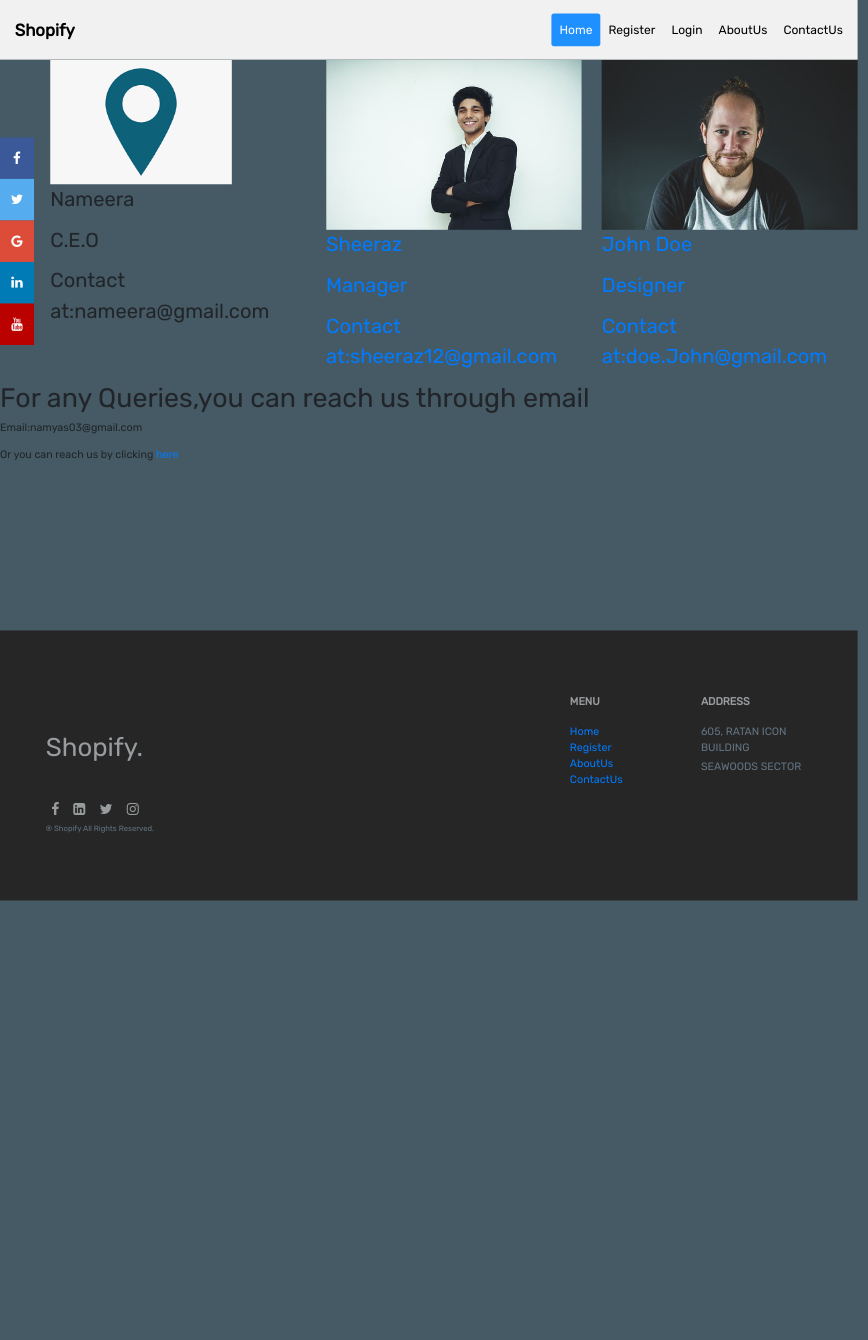
Repository: Yasmeen198/The_Project
Page: http://localhost/Shopify_Frontend/WEB-INF/views/contact.jsp
An editor plug-in stored every save of this project. The page is shown before and after the next save, followed by the edit.
The browser window is 1280 px wide. The page is 1295 px wide, so the pictures cover 1295 px, including what lies to the right of the window. The pictures show the whole page, at 67% of full size.
Some web libraries are served in a nearby version. The page is served by Tomcat 9. Nobody is signed in. The template is opened directly, without the code that normally fills it, so the values that code supplies are empty.

Above is the page before, as saved 2021-05-23 11:52:13.

After the next save:
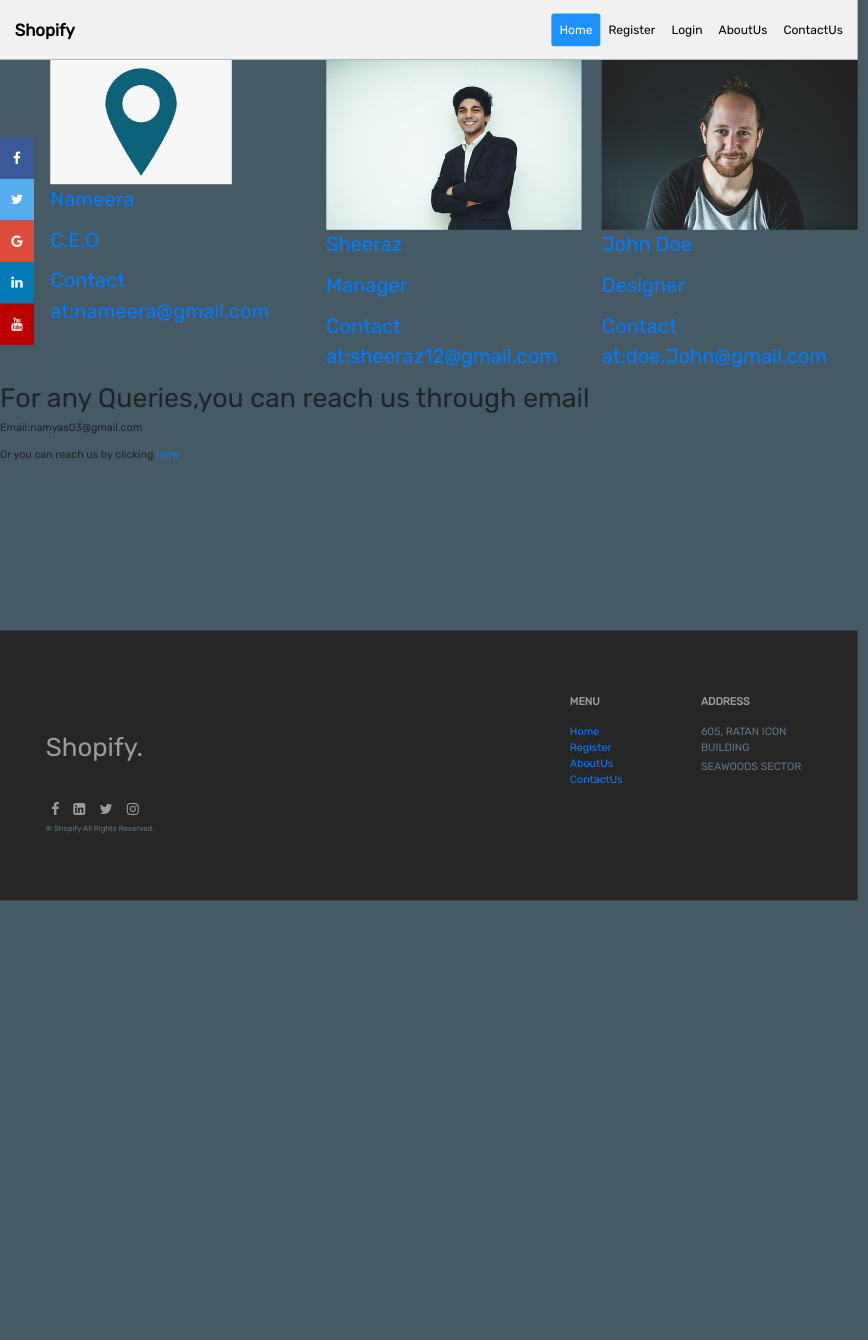
Saved 25 s later.
--- a/Shopify_Frontend/src/main/webapp/WEB-INF/views/contact.jsp
+++ b/Shopify_Frontend/src/main/webapp/WEB-INF/views/contact.jsp
@@ -71,8 +71,7 @@
   <div class="row">
     <div class="col-md-4">
       <div class="thumbnail">
-        <a href="images/address.jpg" target="_blank">
-          <a href="mailto:namyas03@gmail.com"><img alt="Mail" src="images/address.jpg"/></a>
+          <a href="mailto:namyas03@gmail.com"><img alt="Mail" src="images/address.jpg"/>
           <div class="caption">
              <p>Nameera</p>
             <p>C.E.O</p>
